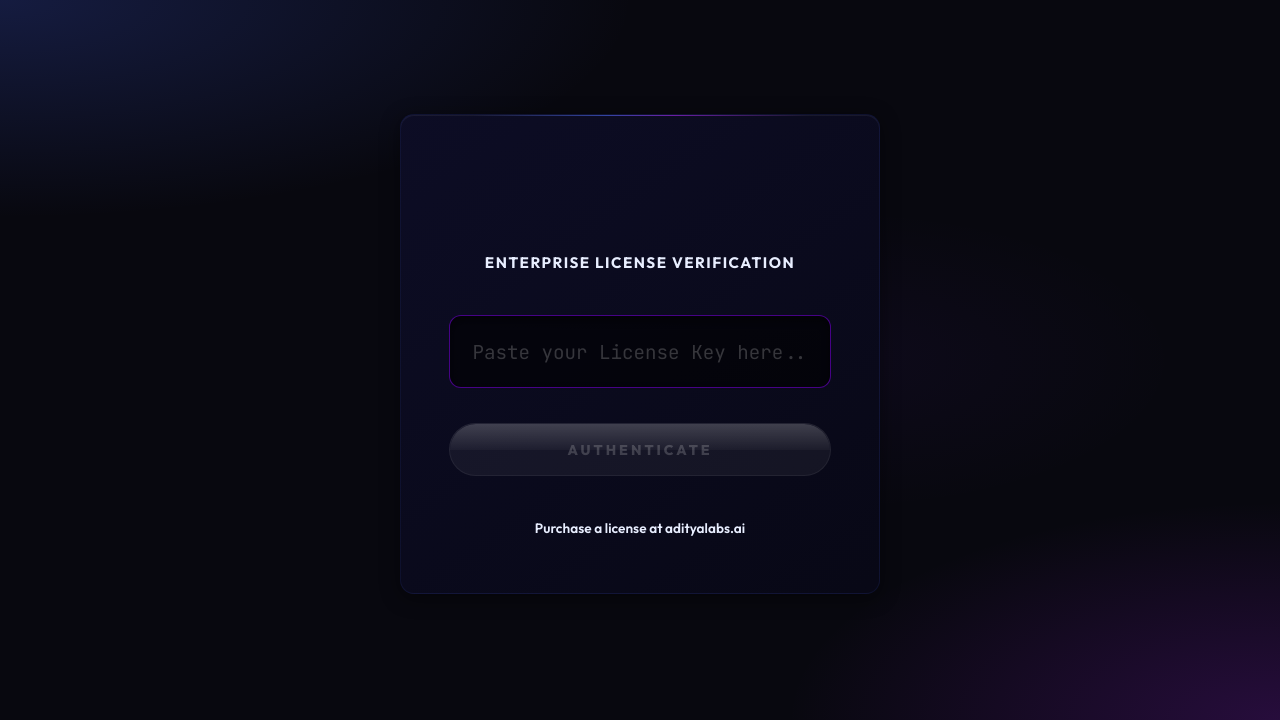
Repository: rrslt6d3/aditya-privacy-shield
Page: /
These files come from the project's save history. The page is drawn as it stood at one moment and after the next save; the edit follows.
The browser window is 1280 px wide. The pictures show the whole page.
The project was rebuilt for these pictures with package versions that can differ from the ones it lists, and the page was loaded fresh each time. Also part of the build but not shown: vite.config.ts.

Above is the page before, as saved 2026-02-24 19:51:17.

### src/App.tsx
import React, { useState } from "react";
import { invoke } from "@tauri-apps/api/core";
import { jsPDF } from "jspdf";
import "./App.css";

class ErrorBoundary extends React.Component<any, { hasError: boolean }> {
  constructor(props: any) {
    super(props);
    this.state = { hasError: false };
  }
  static getDerivedStateFromError(_error: any) { return { hasError: true }; }
  render() {
    if (this.state.hasError) {
      return (
        <div className="enterprise-layout" style={{ justifyContent: 'center', alignItems: 'center' }}>
          <div className="panel" style={{ textAlign: 'center', padding: '3rem', background: 'rgba(255,0,0,0.1)', border: '1px solid red' }}>
            <h2 style={{color: 'red'}}>System Critical Error</h2>
            <button className="glow-button" onClick={() => this.setState({ hasError: false })} style={{background: 'red'}}>Reboot Engine</button>
          </div>
        </div>
      );
    }
    return this.props.children;
  }
}

// --- 🛑 PASTE YOUR SUPABASE CREDENTIALS HERE 🛑 ---
const SUPABASE_URL = "https://qppnrcnkngzjkbpjdxyz.supabase.co";
const SUPABASE_ANON_KEY = "sb_publishable_tXOzLkrHDOZJKE3rLzhUXQ_-wUXnhAA";
// --------------------------------------------------

// THE UPGRADED LIVE GATEKEEPER SCREEN
function LicenseScreen({ onUnlock }: { onUnlock: () => void }) {
  const [key, setKey] = useState("");
  const [error, setError] = useState("");
  const [isVerifying, setIsVerifying] = useState(false);

  const handleVerify = async () => {
    if (!key.trim()) return;
    setIsVerifying(true);
    setError("");

    try {
      const response = await fetch(`${SUPABASE_URL}/rest/v1/license_keys?key_string=eq.${key}&select=*`, {
        headers: {
          'apikey': SUPABASE_ANON_KEY,
          'Authorization': `Bearer ${SUPABASE_ANON_KEY}`
        }
      });

      if (!response.ok) throw new Error("Network error");

      const data = await response.json();

      if (data && data.length > 0) {
        const license = data[0];
        if (license.is_active) {
          onUnlock();
        } else {
          setError("This license key has been deactivated. Contact support.");
        }
      } else {
        setError("Invalid license key. Please check your purchase email.");
      }
    } catch (err) {
      setError("Failed to connect to the licensing server. Check your internet.");
    } finally {
      setIsVerifying(false);
    }
  };

  return (
    <div className="enterprise-layout" style={{ justifyContent: 'center', alignItems: 'center' }}>
      <div className="metric-card" style={{ width: '480px', padding: '3.5rem 3rem', textAlign: 'center' }}>

        {/* Title now uses CSS classes to guarantee the gradient shows up */}
        <h1 className="gatekeeper-title">Shield Pro</h1>
        <p className="gatekeeper-subtitle">Enterprise License Verification</p>

        {/* The new highly visible input box */}
        <input
          type="text"
          className="license-input"
          placeholder="Paste your License Key here..."
          value={key}
          onChange={(e) => setKey(e.target.value)}
          spellCheck="false"
        />

        {error && <div className="error-text">{error}</div>}

        <button
          className="glow-button"
          onClick={handleVerify}
          disabled={isVerifying || !key.trim()}
          style={{ marginBottom: '1.5rem', marginTop: '1rem' }}
        >
          {isVerifying ? "Verifying Matrix..." : "Authenticate"}
        </button>

        <a href="https://adityalabs.ai" target="_blank" className="purchase-link">
          Purchase a license at adityalabs.ai
        </a>
      </div>
    </div>
  );
}

// YOUR EXISTING APP CONTENT
function AppContent() {
  const [text, setText] = useState("");
  const [secureText, setSecureText] = useState("");
  const [status, setStatus] = useState("SYSTEM READY");

  const [isScanning, setIsScanning] = useState(false);
  const [metrics, setMetrics] = useState({ files: 12, points: 342, accuracy: 99.8 });
  const [toggles, setToggles] = useState({
    email: true,
    phone: true,
    ssn: false,
    cc: false
  });

  const handleToggle = (key: keyof typeof toggles) => {
    setToggles(prev => ({ ...prev, [key]: !prev[key] }));
  };

  const generateCompliancePDF = () => {
    const doc = new jsPDF();
    const currentDate = new Date().toLocaleString();
    const auditHash = Array.from(crypto.getRandomValues(new Uint8Array(32)))
      .map(b => b.toString(16).padStart(2, '0')).join('');

    doc.setFontSize(22);
    doc.setTextColor(0, 85, 255);
    doc.text("COMPLIANCE AUDIT CERTIFICATE", 20, 30);
    doc.setFontSize(12);
    doc.setTextColor(100, 100, 100);
    doc.text(`Timestamp: ${currentDate}`, 20, 45);
    doc.text("System: Shield Pro (Zero-Trust Local Engine)", 20, 52);
    doc.setTextColor(0, 0, 0);
    doc.setFontSize(14);
    doc.text("Certification Statement:", 20, 70);
    doc.setFontSize(11);
    doc.text("This document legally certifies that the associated data was processed entirely", 20, 80);
    doc.text("offline using military-grade local encryption. All identified Personally", 20, 87);
    doc.text("Identifiable Information (PII) was redacted in strict accordance with", 20, 94);
    doc.text("GDPR and HIPAA Safe Harbor standards.", 20, 101);
    doc.setFontSize(12);
    doc.setTextColor(0, 0, 0);
    doc.text("Cryptographic Hash (SHA-256 Checksum):", 20, 125);
    doc.setFontSize(9);
    doc.setTextColor(16, 185, 129);
    doc.text(auditHash, 20, 132);
    doc.save(`ShieldPro_Audit_${new Date().getTime()}.pdf`);
  };

  const handleShield = async () => {
    if (!text.trim()) return;
    setIsScanning(true);
    setSecureText("");
    setStatus("SCANNING DATA...");

    try {
      const result = await invoke<string>("sanitize_text", { input: text });
      setSecureText(result);
      setStatus("SYSTEM READY");
      setMetrics(prev => ({
        files: prev.files + 1,
        points: prev.points + Math.floor(Math.random() * 15) + 5,
        accuracy: 99.9
      }));
    } catch (error: any) {
      setStatus("ENGINE ERROR");
      setSecureText(`Error intercepted: ${String(error)}.`);
    } finally {
      setIsScanning(false);
    }
  };

  return (
    <div className="enterprise-layout">
      <aside className="sidebar">
        <div className="brand-zone">
          <h1>Shield Pro</h1>
          <div className="status-badge">
            <span className="pulse-dot"></span> {status}
          </div>
        </div>

        <div className="sidebar-section">
          <h3>ACTIVE FILTERS</h3>
          <div className="toggle-list">
            <label className="custom-checkbox">
              <input type="checkbox" checked={toggles.email} onChange={() => handleToggle('email')} />
              <span className="checkmark"></span>
              EMAIL ADDRESSES
            </label>
            <label className="custom-checkbox">
              <input type="checkbox" checked={toggles.phone} onChange={() => handleToggle('phone')} />
              <span className="checkmark"></span>
              PHONE NUMBERS
            </label>
            <label className="custom-checkbox">
              <input type="checkbox" checked={toggles.ssn} onChange={() => handleToggle('ssn')} />
              <span className="checkmark"></span>
              SSN (BETA)
            </label>
            <label className="custom-checkbox">
              <input type="checkbox" checked={toggles.cc} onChange={() => handleToggle('cc')} />
              <span className="checkmark"></span>
              CREDIT CARDS
            </label>
          </div>
        </div>

        <div className="sidebar-section audit-log">
          <h3>LOCAL AUDIT LOG</h3>
          <div className="metric-card">
            <span className="metric-value">{metrics.files}</span>
            <span className="metric-name">SCANS TODAY</span>
          </div>
          <div className="metric-card">
            <span className="metric-value">{metrics.points}</span>
            <span className="metric-name">ITEMS REDACTED</span>
          </div>
          <div className="metric-card">
            <span className="metric-value">{metrics.accuracy}%</span>
            <span className="metric-name">ACCURACY RATE</span>
          </div>
        </div>
      </aside>

      <main className="main-workspace">
        <div className="panel intro-panel">
          <h2 className="panel-title">SECURE DATA PROCESSING</h2>
          <p className="panel-subtitle">Military-grade local redaction engine ready.</p>
        </div>

        <div className="panel input-panel">
          <label className="section-label">RAW DATA INPUT (SENSITIVE)</label>
          <textarea
            className="code-font"
            placeholder="Paste contract, medical record, or raw text here... (The engine is offline and secure)"
            value={text}
            onChange={(e) => setText(e.target.value)}
            disabled={isScanning}
          />
        </div>

        <button
          onClick={handleShield}
          className={`glow-button ${isScanning ? 'scanning' : ''}`}
          disabled={isScanning || !text.trim()}
        >
          {isScanning ? `ENCRYPTING DATA...` : "ACTIVATE PRIVACY SHIELD"}
        </button>

        <div className="panel result-panel fade-in" style={{ opacity: secureText ? 1 : 0.5, pointerEvents: secureText ? 'all' : 'none' }}>
          <label className="section-label">REDACTED OUTPUT</label>
          <div className="output code-font">
            {secureText || "Awaiting scan... Redacted output will appear here safely."}
          </div>

          <div className="action-row" style={{ visibility: secureText ? 'visible' : 'hidden' }}>
            <span className="success-text">✓ Data Secured Locally</span>
            <div className="button-group">
              <button className="secondary-button" onClick={() => navigator.clipboard.writeText(secureText)}>
                Copy Safe Text
              </button>
              <button onClick={generateCompliancePDF} className="secondary-button pdf-button">
                Download PDF Cert
              </button>
            </div>
          </div>
        </div>
      </main>
    </div>
  );
}

// THE MAIN ROUTER
export default function App() {
  const [isLicensed, setIsLicensed] = useState(false);

  return (
    <ErrorBoundary>
      {isLicensed ? (
        <AppContent />
      ) : (
        <LicenseScreen onUnlock={() => setIsLicensed(true)} />
      )}
    </ErrorBoundary>
  );
}

Loaded but not shown: index.html (common file); src/main.tsx (common file); src/App.css (697 lines, source omitted)

After the next save:
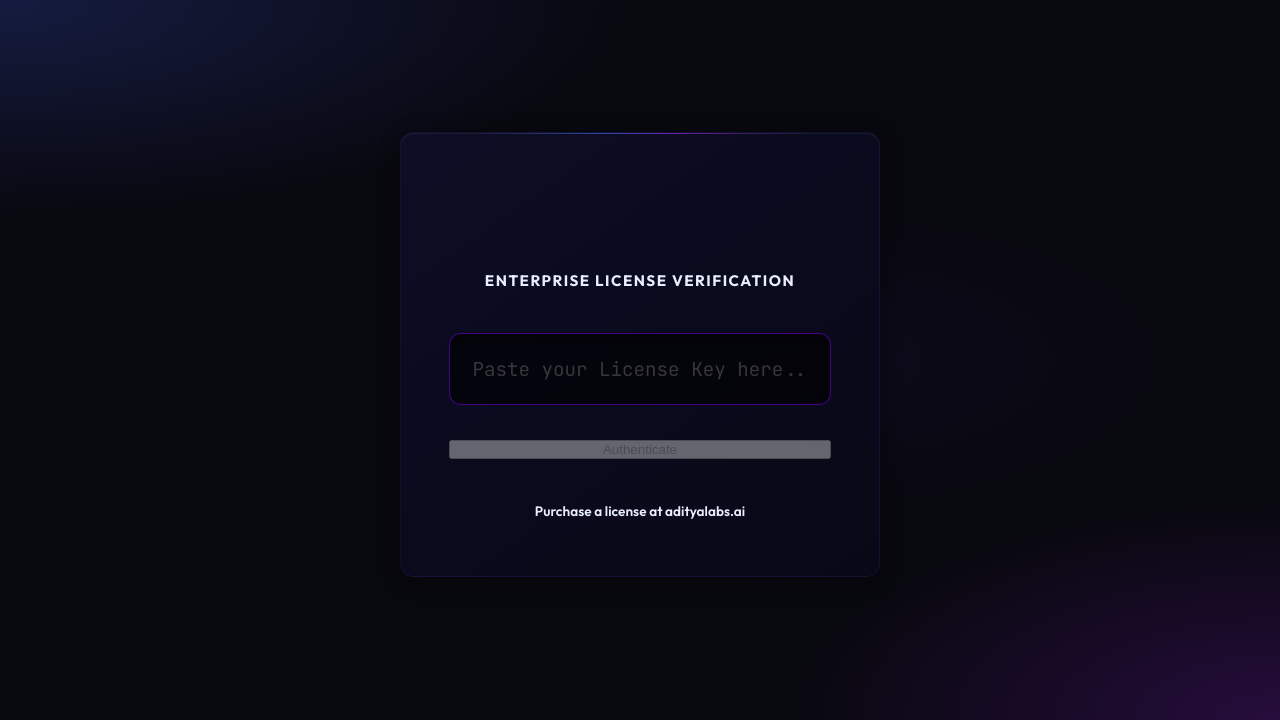
Saved 34 min 50 s later.
--- a/src/App.tsx
+++ b/src/App.tsx
@@ -73,11 +73,13 @@
     <div className="enterprise-layout" style={{ justifyContent: 'center', alignItems: 'center' }}>
       <div className="metric-card" style={{ width: '480px', padding: '3.5rem 3rem', textAlign: 'center' }}>
 
-        {/* Title now uses CSS classes to guarantee the gradient shows up */}
+        {/* Title uses CSS classes to guarantee the gradient shows up */}
         <h1 className="gatekeeper-title">Shield Pro</h1>
-        <p className="gatekeeper-subtitle">Enterprise License Verification</p>
-
-        {/* The new highly visible input box */}
+
+        {/* NEW: Added text-gradient class here */}
+        <p className="gatekeeper-subtitle text-gradient">Enterprise License Verification</p>
+
+        {/* The highly visible input box */}
         <input
           type="text"
           className="license-input"
@@ -89,16 +91,20 @@
 
         {error && <div className="error-text">{error}</div>}
 
+        {/* NEW: Changed to hollow-glow-button so text gradient is visible */}
         <button
-          className="glow-button"
+          className="hollow-glow-button"
           onClick={handleVerify}
           disabled={isVerifying || !key.trim()}
           style={{ marginBottom: '1.5rem', marginTop: '1rem' }}
         >
-          {isVerifying ? "Verifying Matrix..." : "Authenticate"}
+          {/* NEW: Added text-gradient class to the button text */}
+          <span className="text-gradient">
+            {isVerifying ? "Verifying Matrix..." : "Authenticate"}
+          </span>
         </button>
 
-        <a href="https://adityalabs.ai" target="_blank" className="purchase-link">
+        <a href="https://adityalabs.ai" target="_blank" className="purchase-link" rel="noreferrer">
           Purchase a license at adityalabs.ai
         </a>
       </div>
